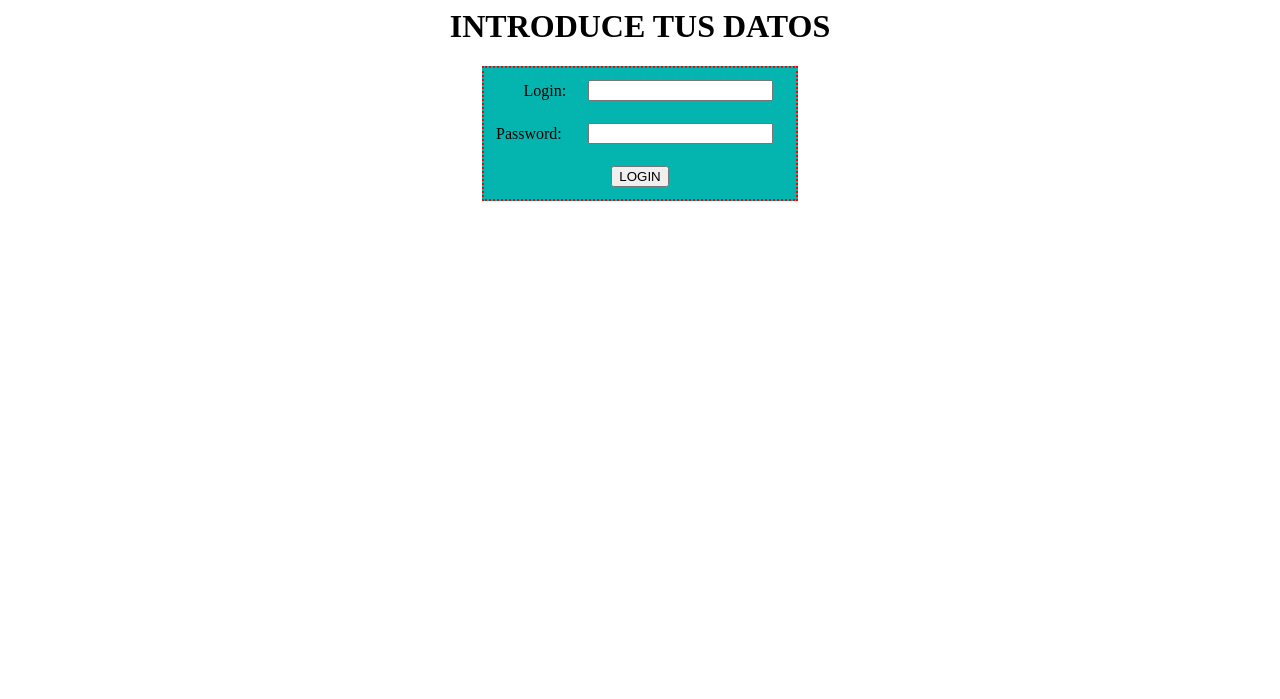
Repository: dasafo/PHP_MySQL_curso
Page: http://localhost/Login&Cookis/Login.php
These files come from the project's save history. The page is drawn as it stood at one moment and after the next save; the edit follows.
The browser window is 1280 px wide. The pictures show the whole page.
The page is run by PHP 8.4 with error messages shown; the project is at /var/www/html/.

Above is the page before, as saved 2018-11-09 18:09:11.

### Sesiones&Cookies/Login&Cookis/Login.php
<!DOCTYPE HTML PUBLIC "-//W3C//DTD HTML 4.01 Frameset//EN">
<html>
<head>
<meta http-equiv="Content-Type" content="text/html; charset=UTF-8">
<title>Insert title here</title>

<style>

    h1{
        text-align:center;
       }

    table{

        width:25%;
        background-color:#04B4AE;
        border: 2px dotted #F00;
        margin:auto;

       }

       .izq{
            text-align:right;
            }

       .der{
            text-align:left;
            }
       td{
            text-align:center;
            padding:10px;
       }






</style>




</head>

<body>

<h1>INTRODUCE TUS DATOS</h1>

<form action="CompruebaLogin.php" method="post">

<table>
<tr>
<td class="izq">

Login: </td><td class="der"><input type="text" name="login"></td></tr>

<tr><td class="der"> Password: </td><td class="der"><input type="password" name="password"></td></tr>

<tr><td colspan="2"><input type="submit" name="enviar" value="LOGIN"></td></tr>


</table>


</form>

   <?php



   ?>

</body>

</html>

After the next save:
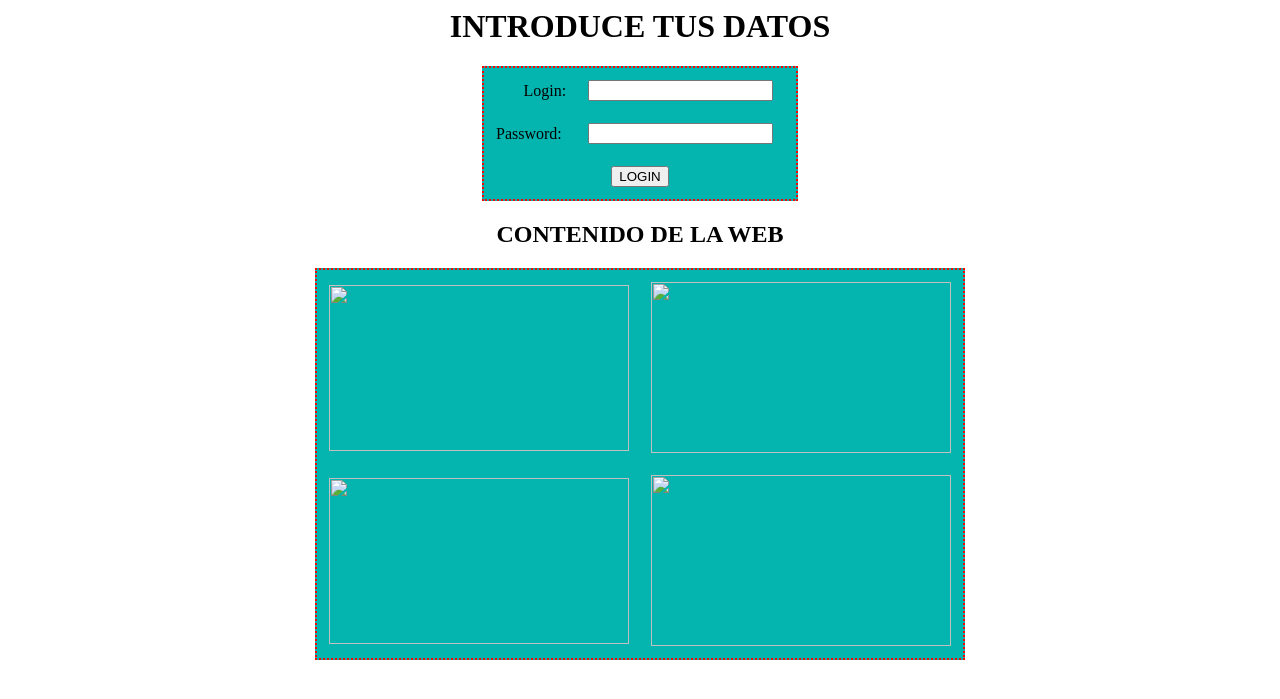
Saved 9 min 11 s later.
--- a/Sesiones&Cookies/Login&Cookis/Login.php
+++ b/Sesiones&Cookies/Login&Cookis/Login.php
@@ -6,7 +6,7 @@
 
 <style>
 
-    h1{
+    h1, h2{
         text-align:center;
        }
 
@@ -59,11 +59,23 @@ Login: </td><td class="der"><input type="text" name="login"></td></tr>
 
 <tr><td colspan="2"><input type="submit" name="enviar" value="LOGIN"></td></tr>
 
+</table>
+
+</form>
+
+<h2>CONTENIDO DE LA WEB</h2>
+<table width="800" border="0">
+
+	<tr>
+		<td><img src="" width="300" height="166"></td>
+		<td><img src="" width="300" height="171"></td>
+	</tr>
+	<tr>
+		<td><img src="" width="300" height="166"></td>
+		<td><img src="" width="300" height="171"></td>
+	</tr>
 
 </table>
-
-
-</form>
 
    <?php
 
